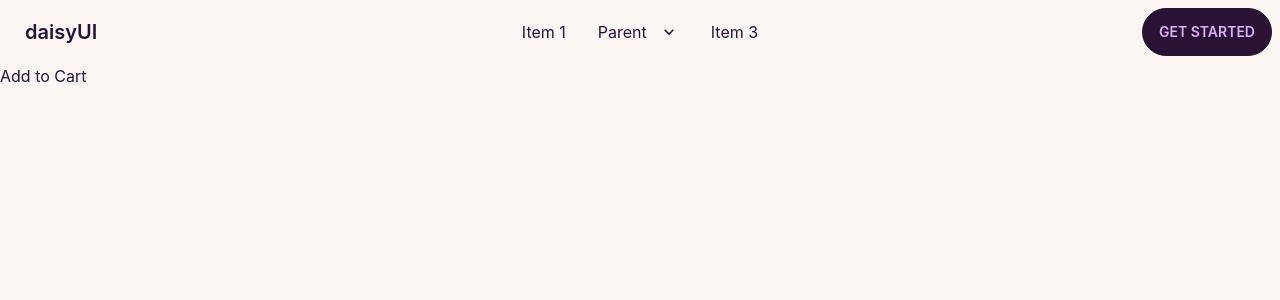
Repository: Tanvir3744/admin-portal
Page: /
An editor plug-in stored every save of this project. The page is shown before and after the next save, followed by the edit.
The browser window is 1280 px wide. The pictures show the whole page.
The project was rebuilt for these pictures with package versions that can differ from the ones it lists, and the page was loaded fresh each time.

Above is the page before, as saved 2022-07-21 21:12:19.

### src/index.js
import React from 'react';
import ReactDOM from 'react-dom/client';
import './index.css';
import App from './App';
import reportWebVitals from './reportWebVitals';
import { Provider } from 'react-redux'
import { store } from './Redux/Store'
import { BrowserRouter } from 'react-router-dom'
const root = ReactDOM.createRoot(document.getElementById('root'));
root.render(
  <React.StrictMode>
    <Provider store={store}>
      <BrowserRouter>
        <App />
      </BrowserRouter>
    </Provider>
  </React.StrictMode>
);

// If you want to start measuring performance in your app, pass a function
// to log results (for example: reportWebVitals(console.log))
// or send to an analytics endpoint. Learn more: https://bit.ly/CRA-vitals
reportWebVitals();

### src/index.css
/* tailwind css configuration */
@tailwind base;
@tailwind components;
@tailwind utilities;

body {
  margin: 0;
  font-family: -apple-system, BlinkMacSystemFont, 'Segoe UI', 'Roboto', 'Oxygen',
    'Ubuntu', 'Cantarell', 'Fira Sans', 'Droid Sans', 'Helvetica Neue',
    sans-serif;
  -webkit-font-smoothing: antialiased;
  -moz-osx-font-smoothing: grayscale;
}

code {
  font-family: source-code-pro, Menlo, Monaco, Consolas, 'Courier New',
    monospace;
}

### src/App.js
import Header from './components/Header/Header'
function App() {
  return (
    <div className="App">
      <Header/>
      <h2>Add to Cart</h2>

    </div>
  );
}

export default App;

### src/Redux/Store.js
import { createStore } from 'redux';
import { rootReducers } from './Reducers';
export const store = createStore(rootReducers,
    {},
     window.__REDUX_DEVTOOLS_EXTENSION__ && window.__REDUX_DEVTOOLS_EXTENSION__()
) // the second argument could be a middleware I'm gonna use that later

### src/components/Header/Header.js
import React from 'react';
import Link from 'react-router'
const Header = () => {
    const menuItem = <>
        <li><Link ></Link></li>
    </>
    return (
        <div>
            <div class="navbar bg-base-100">
                <div class="navbar-start">
                    <div class="dropdown">
                        <label tabindex="0" class="btn btn-ghost lg:hidden">
                            <svg xmlns="http://www.w3.org/2000/svg" class="h-5 w-5" fill="none" viewBox="0 0 24 24" stroke="currentColor"><path stroke-linecap="round" stroke-linejoin="round" stroke-width="2" d="M4 6h16M4 12h8m-8 6h16" /></svg>
                        </label>
                        <ul tabindex="0" class="menu menu-compact dropdown-content mt-3 p-2 shadow bg-base-100 rounded-box w-52">
                            <li><a>Item 1</a></li>
                            <li tabindex="0">
                                <a class="justify-between">
                                    Parent
                                    <svg class="fill-current" xmlns="http://www.w3.org/2000/svg" width="24" height="24" viewBox="0 0 24 24"><path d="M8.59,16.58L13.17,12L8.59,7.41L10,6L16,12L10,18L8.59,16.58Z" /></svg>
                                </a>
                                <ul class="p-2">
                                    <li><a>Submenu 1</a></li>
                                    <li><a>Submenu 2</a></li>
                                </ul>
                            </li>
                            <li><a>Item 3</a></li>
                        </ul>
                    </div>
                    <a class="btn btn-ghost normal-case text-xl">daisyUI</a>
                </div>
                <div class="navbar-center hidden lg:flex">
                    <ul class="menu menu-horizontal p-0">
                        <li><a>Item 1</a></li>
                        <li tabindex="0">
                            <a>
                                Parent
                                <svg class="fill-current" xmlns="http://www.w3.org/2000/svg" width="20" height="20" viewBox="0 0 24 24"><path d="M7.41,8.58L12,13.17L16.59,8.58L18,10L12,16L6,10L7.41,8.58Z" /></svg>
                            </a>
                            <ul class="p-2">
                                <li><a>Submenu 1</a></li>
                                <li><a>Submenu 2</a></li>
                            </ul>
                        </li>
                        <li><a>Item 3</a></li>
                    </ul>
                </div>
                <div class="navbar-end">
                    <a class="btn">Get started</a>
                </div>
            </div>
        </div>
    );
};

export default Header;

### src/Redux/Reducers/index.js
import { combineReducers } from 'redux';
import { setProductReducers } from '../Reducers/Reducers';

export const rootReducers = combineReducers({
    setProdReducer : setProductReducers,
})

### src/Redux/Reducers/Reducers.js
import { ActionType } from '../ActionTypes/ActionContstant'

//initializing the state here
const initProdState = {
    products: [
        {
            "img": "https://m.media-amazon.com/images/I/71wrIZujPIL._AC_UL320_.jpg",
            "name": "Roku Streaming Stick 4K 2021",
            "desc": "Streaming Device 4K/HDR/Dolby Vision with Roku Voice Remote and TV Controls",
            "price": "$29.99"
        },
        {
            "img": "https://m.media-amazon.com/images/I/717dWfmxXVL._AC_UL320_.jpg",
            "name": "Roku Express | HD Streaming Media",
            "desc": "Player with High Speed HDMI Cable and Simple Remote",
            "price": "$19.99"
        },
        {
            "img": "https://m.media-amazon.com/images/I/71rXSVqET9L._AC_UL320_.jpg",
            "name": "Sceptre 24 inch Professional Thin 75Hz",
            "desc": "1080p LED Monitor 2x HDMI VGA Build-in Speakers, Machine Black (E248W-19203R Series)",
            "price": "$99.99"
        },
        {
            "img": "https://m.media-amazon.com/images/I/712xpaJPT6L._AC_UL320_.jpg",
            "name": "Logitech C922x Pro Stream Webcam ",
            "desc": "Full 1080p HD Camera",
            "price": "$109.99"
        }
    ]
}

console.log(initProdState)
export const setProductReducers = (state = initProdState, { type, payload }) => {
    switch (type) {
        case ActionType.SET_PRODUCTS:
            return state;

        default:
            return state;
    }
}

### src/Redux/ActionTypes/ActionContstant.js
export const ActionType = {
    SET_PRODUCTS: "SET_PRODUCTS",
    SELECTED_PRODUCT: 'SELECTED_PRODUCT',
    REMOVE_SELECTED_PRODUCT : 'REMOVE_SELECTED_PRODUCT',
}

### tailwind.config.js
/** @type {import('tailwindcss').Config} */
module.exports = {
  content: ["./src/**/*.{html,js}"],
  theme:{
    extend: {
      daisyui: {
        themes: [
          {
            mytheme: {
              "primary": "#ffc4d3",
              "secondary": "#f285d6",
              "accent": "#6501ad",
              "neutral": "#1B1D23",
              "base-100": "#EDE6EF",
              "info": "#408BC4",
              "success": "#24BC85",
              "warning": "#A26F11",
              "error": "#F4627A",
            },
          },
        ],
      },
    },
  },
  daisyui: {
    themes: ["cupcake","cmyk"],
  },
  plugins: [require("daisyui")],
}

Loaded but not shown: public/index.html (common file); src/reportWebVitals.js (common file)

After the next save:
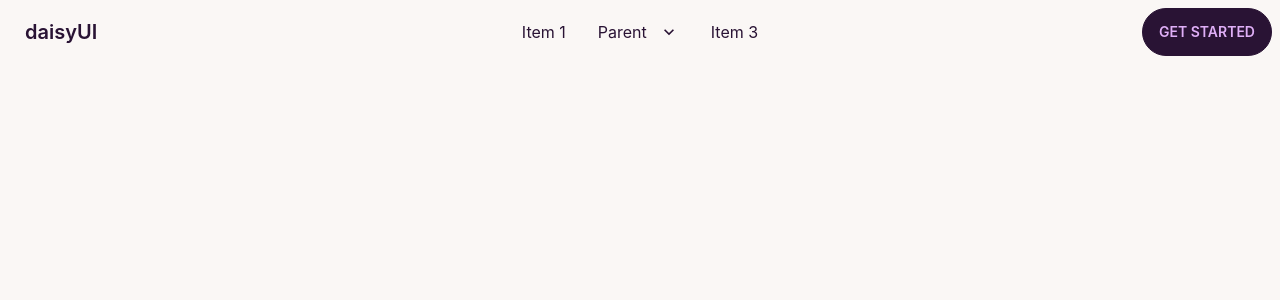
Saved 31 s later.
--- a/src/App.js
+++ b/src/App.js
@@ -1,9 +1,9 @@
 import Header from './components/Header/Header'
+import {Route, Routes } from 'react-router-dom';
 function App() {
   return (
     <div className="App">
       <Header/>
-      <h2>Add to Cart</h2>
 
     </div>
   );
